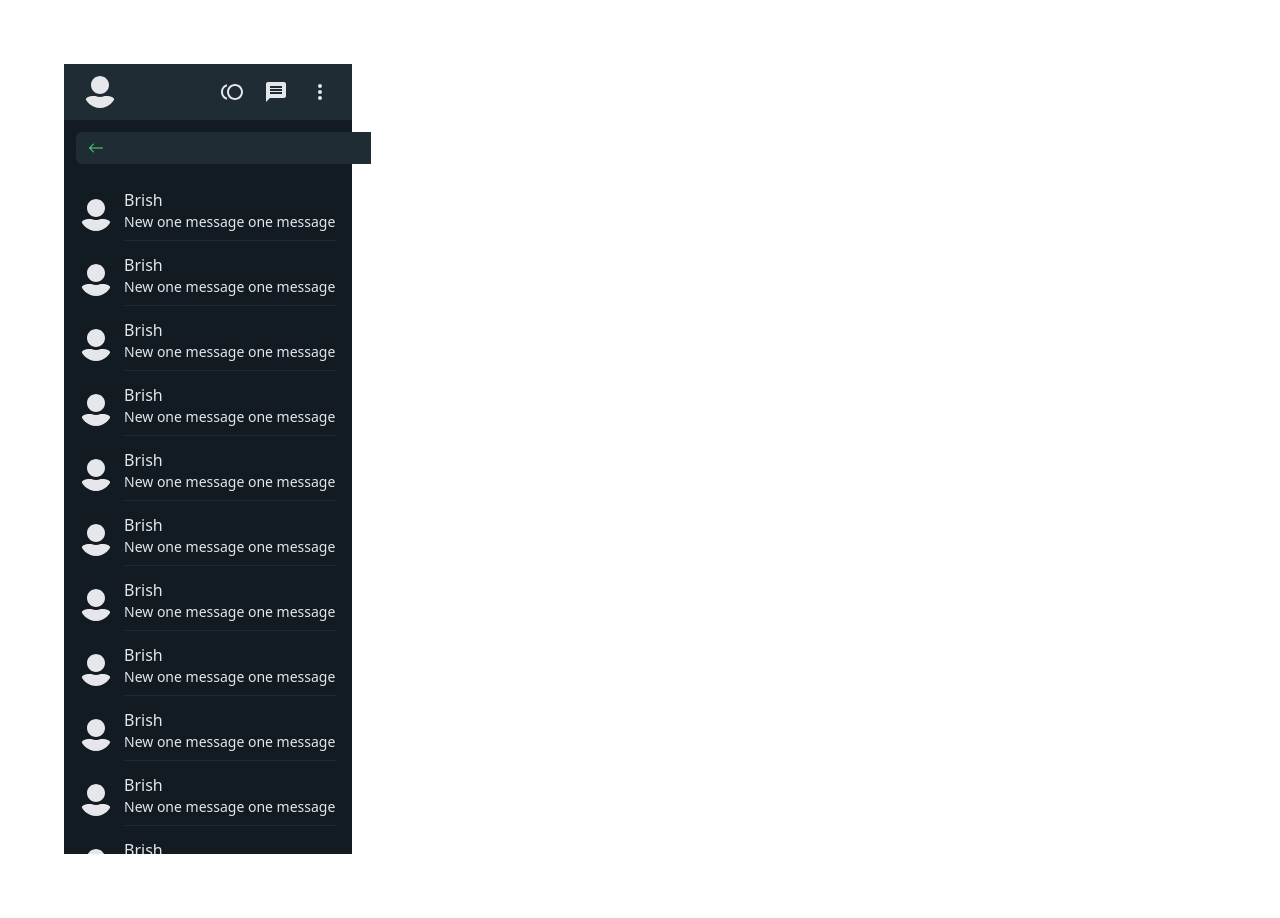
Repository: satya-ranjon/whatsapp-clone-dev
Page: /
An editor plug-in stored every save of this project. The page is shown before and after the next save, followed by the edit.
The browser window is 1280 px wide. The pictures show the whole page.
The project was rebuilt for these pictures with package versions that can differ from the ones it lists, and the page was loaded fresh each time.

Above is the page before, as saved 2022-04-09 07:19:05.

After the next save:
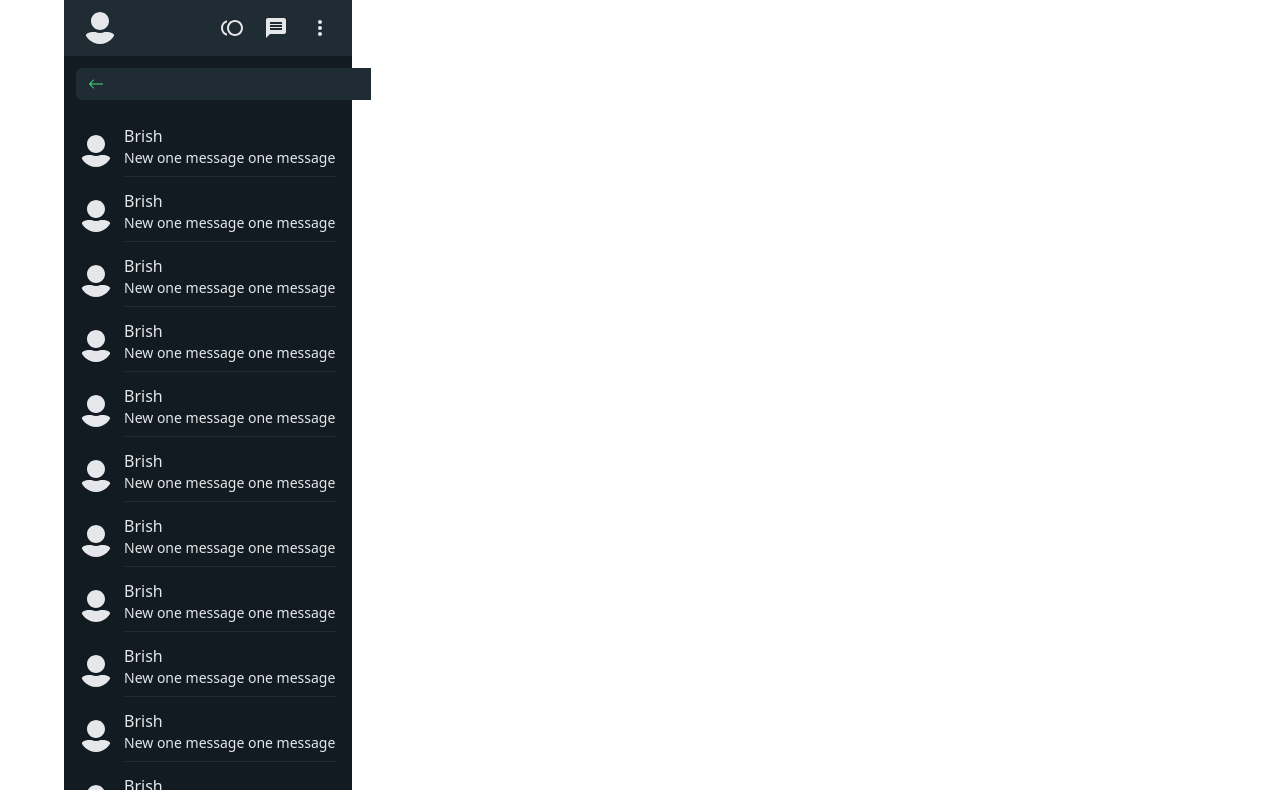
Saved 13 s later.
--- a/src/App.js
+++ b/src/App.js
@@ -2,7 +2,7 @@ import SideBar from "./Components/SideBar";
 
 function App() {
   return (
-    <div className=" lg:p-16">
+    <div className=" lg:px-16">
       <SideBar />
     </div>
   );
